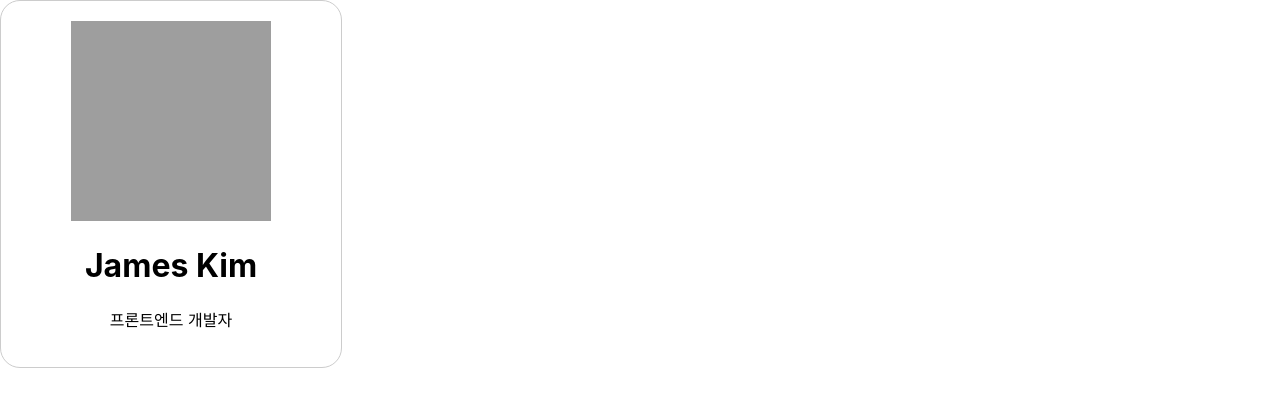
Repository: dnjfht/css-example
Page: /
These files come from the project's save history. The page is drawn as it stood at one moment and after the next save; the edit follows.
The browser window is 1280 px wide. The pictures show the whole page.
Pictures or frames that could not be fetched are drawn as grey boxes. The project was rebuilt for these pictures with package versions that can differ from the ones it lists, and the page was loaded fresh each time. Also part of the build but not shown: src/App.css.

Above is the page before, as saved 2023-05-09 09:03:14.

After the next save:
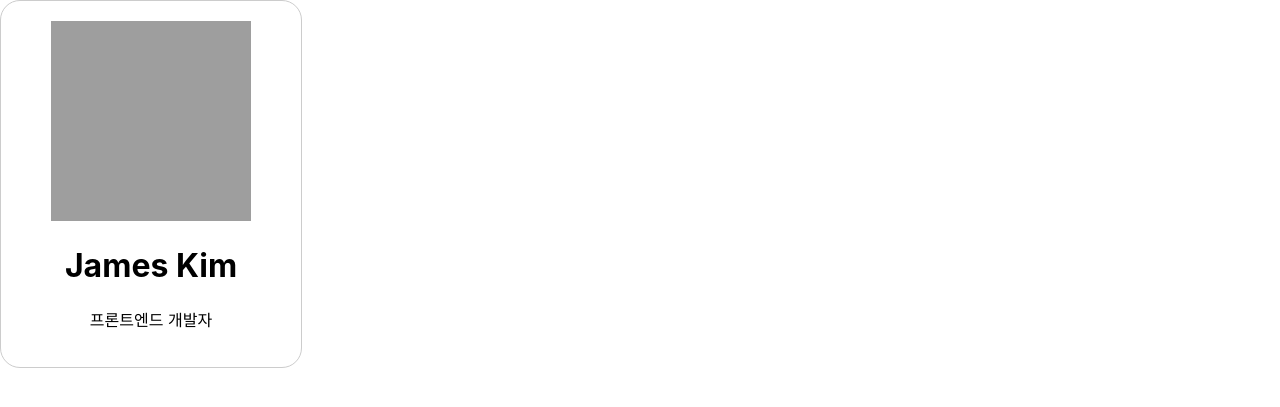
Saved 7 s later.
--- a/src/components/Profile.jsx
+++ b/src/components/Profile.jsx
@@ -4,7 +4,7 @@ export default function Profile() {
   return (
     <div
       style={{
-        width: 300,
+        width: 260,
         padding: 20,
         textAlign: "center",
         border: "1px solid #ccc",
